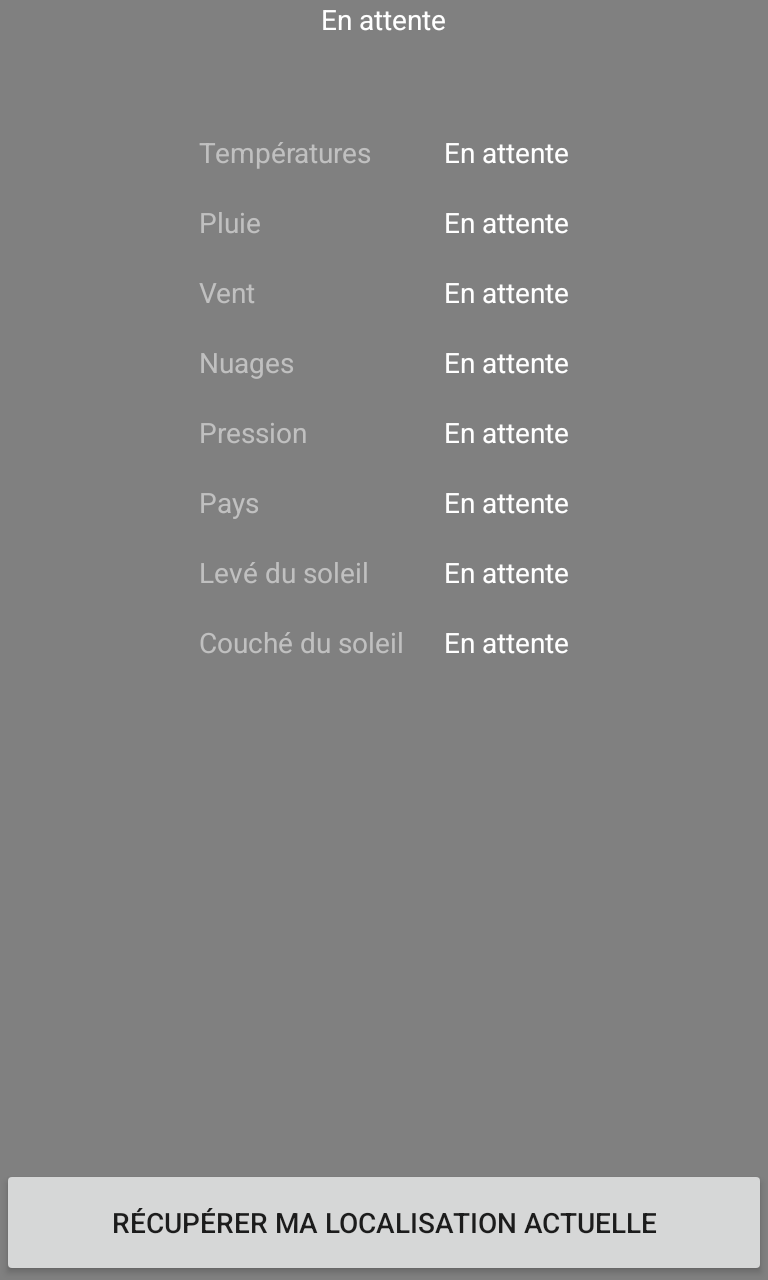
Repository: cpluuuusplus/WhoWantsKitKat
Layout: AppliPlus/res/layout/activity_meteo_principale.xml
The author's editor kept a copy of each file at every save. The layout is drawn from the files as they stood at one save, then again after the next save.
It is drawn on a 768 x 1280 px phone screen (xhdpi) without system bars, with theme Theme.AppCompat.Light; the app's code is not run.

Above is the layout before, as saved 2014-05-12 14:45:14.

### AppliPlus/res/layout/activity_meteo_principale.xml
<?xml version="1.0" encoding="utf-8"?>
<LinearLayout xmlns:android="http://schemas.android.com/apk/res/android"
    android:layout_width="match_parent"
    android:layout_height="match_parent"
    android:background="@color/gray"
    android:orientation="vertical" >

    <!-- Afficher les  informations météo -->


    <!-- <LinearLayout -->
    <!-- android:layout_width="match_parent" -->
    <!-- android:layout_height="wrap_content" -->
    <!-- android:layout_margin="5dp" -->
    <!-- android:layout_weight="0.30" -->
    <!-- android:background="@color/black_color" -->
    <!-- android:orientation="vertical" -->
    <!-- android:paddingBottom="5dp" -->
    <!-- android:paddingLeft="5dp" -->
    <!-- android:paddingRight="5dp" -->
    <!-- android:paddingTop="5dp" > -->


    <!-- Titre et ville -->

    <TextView
        android:id="@+id/afficher_localite_meteo"
        android:layout_width="wrap_content"
        android:layout_height="fill_parent"
        android:layout_gravity="center_horizontal"
        android:layout_weight="1"
        android:text="@string/to_be_defined"
        android:textColor="@color/white" />

    <!-- Info météo : temperature, pluie, vent, nuages -->

    <TableLayout
        android:layout_width="match_parent"
        android:layout_height="fill_parent"
        android:layout_gravity="fill_vertical"
        android:layout_weight="0.2" >

        <!-- température -->

        <TableRow
            android:id="@+id/row_meteo_temperature"
            android:layout_width="match_parent"
            android:layout_height="wrap_content"
            android:gravity="center_horizontal"
            android:padding="8dp" >

            <TextView
                android:id="@+id/desc_temp"
                android:layout_width="fill_parent"
                android:gravity="left"
                android:text="@string/meteo_tc"
                android:textColor="@color/silver" />

            <TextView
                android:id="@+id/info_temp"
                android:text="@string/to_be_defined"
                android:textColor="@color/white" />
        </TableRow>

        <!-- pluie -->

        <TableRow
            android:id="@+id/row_meteo_pluie"
            android:layout_width="match_parent"
            android:layout_height="wrap_content"
            android:gravity="center_horizontal"
            android:padding="8dp" >

            <TextView
                android:id="@+id/desc_pluie"
                android:layout_width="fill_parent"
                android:gravity="left"
                android:text="@string/meteo_rain"
                android:textColor="@color/silver" />

            <TextView
                android:id="@+id/info_pluie"
                android:layout_width="fill_parent"
                android:text="@string/to_be_defined"
                android:textColor="@color/white" />
        </TableRow>
        <!-- vent -->

        <TableRow
            android:id="@+id/row_meteo_vent"
            android:layout_width="match_parent"
            android:layout_height="wrap_content"
            android:gravity="center_horizontal"
            android:padding="8dp" >

            <TextView
                android:id="@+id/desc_vent"
                android:layout_width="fill_parent"
                android:gravity="left"
                android:text="@string/meteo_wind"
                android:textColor="@color/silver" />

            <TextView
                android:id="@+id/info_vent"
                android:layout_width="fill_parent"
                android:text="@string/to_be_defined"
                android:textColor="@color/white" />
        </TableRow>

        <!-- nuages -->

        <TableRow
            android:id="@+id/row_meteo_nuages"
            android:layout_width="match_parent"
            android:layout_height="wrap_content"
            android:gravity="center_horizontal"
            android:padding="8dp" >

            <TextView
                android:id="@+id/desc_nuages"
                android:layout_width="fill_parent"
                android:gravity="left"
                android:text="@string/meteo_clouds"
                android:textColor="@color/silver" />

            <TextView
                android:id="@+id/info_nuages"
                android:gravity="left"
                android:text="@string/to_be_defined"
                android:textColor="@color/white" />
        </TableRow>

        <!-- pression -->

        <TableRow
            android:id="@+id/row_pressure"
            android:layout_width="match_parent"
            android:layout_height="wrap_content"
            android:gravity="center_horizontal"
            android:padding="8dp" >

            <TextView
                android:id="@+id/desc_pressure"
                android:layout_width="fill_parent"
                android:gravity="left"
                android:text="@string/desc_pressure"
                android:textColor="@color/silver" />

            <TextView
                android:id="@+id/info_pressure"
                android:layout_width="fill_parent"
                android:gravity="left"
                android:text="@string/to_be_defined"
                android:textColor="@color/white" />
        </TableRow>

        <!-- pays -->

        <TableRow
            android:id="@+id/row_country"
            android:layout_width="match_parent"
            android:layout_height="wrap_content"
            android:gravity="center_horizontal"
            android:padding="8dp" >

            <TextView
                android:id="@+id/desc_country"
                android:gravity="left"
                android:text="@string/desc_country"
                android:textColor="@color/silver" />

            <TextView
                android:id="@+id/info_country"
                android:layout_width="fill_parent"
                android:gravity="left"
                android:text="@string/to_be_defined"
                android:textColor="@color/white" />
        </TableRow>

        <!-- sunrise -->

        <TableRow
            android:id="@+id/row_sunrise"
            android:layout_width="match_parent"
            android:layout_height="wrap_content"
            android:gravity="center_horizontal"
            android:padding="8dp" >

            <TextView
                android:id="@+id/desc_sunrise"
                android:layout_width="fill_parent"
                android:gravity="left"
                android:text="@string/desc_sunrise"
                android:textColor="@color/silver" />

            <TextView
                android:id="@+id/info_sunrise"
                android:layout_width="fill_parent"
                android:gravity="left"
                android:text="@string/to_be_defined"
                android:textColor="@color/white" />
        </TableRow>

        <!-- sunset -->

        <TableRow
            android:id="@+id/row_sunset"
            android:layout_width="match_parent"
            android:layout_height="wrap_content"
            android:gravity="center_horizontal"
            android:padding="8dp" >

            <TextView
                android:id="@+id/desc_sunset"
                android:layout_width="fill_parent"
                android:layout_marginRight="20dp"
                android:gravity="left"
                android:text="@string/desc_sunset"
                android:textColor="@color/silver" />

            <TextView
                android:id="@+id/info_sunset"
                android:layout_width="fill_parent"
                android:gravity="left"
                android:text="@string/to_be_defined"
                android:textColor="@color/white" />
        </TableRow>
    </TableLayout>
    <!-- </LinearLayout> -->


    <!-- Acceder à une localisation -->

    <Button
        android:id="@+id/meteo_recuperer_localite"
        android:layout_width="match_parent"
        android:layout_height="fill_parent"
        android:layout_weight="1"
        android:onClick="recupererLocalisationAppareil"
        android:text="@string/get_localite" />

    <!-- <LinearLayout -->
    <!-- android:layout_width="wrap_content" -->
    <!-- android:layout_height="wrap_content" -->
    <!-- android:layout_margin="5dp" -->
    <!-- android:background="@color/black_color" -->
    <!-- android:orientation="horizontal" -->
    <!-- android:paddingBottom="5dp" -->
    <!-- android:paddingLeft="5dp" -->
    <!-- android:paddingRight="5dp" -->
    <!-- android:paddingTop="5dp" > -->


    <!-- <LinearLayout -->
    <!-- android:layout_width="wrap_content" -->
    <!-- android:layout_height="wrap_content" -->
    <!-- android:layout_margin="5dp" -->
    <!-- android:background="@color/black_color" -->
    <!-- android:orientation="vertical" -->
    <!-- android:paddingBottom="5dp" -->
    <!-- android:paddingLeft="5dp" -->
    <!-- android:paddingRight="5dp" -->
    <!-- android:paddingTop="5dp" > -->


    <!-- <TextView -->
    <!-- android:layout_width="wrap_content" -->
    <!-- android:layout_height="wrap_content" -->
    <!-- android:text="@string/desc_saisie_localite" -->
    <!-- android:textColor="@color/white" /> -->


    <!-- <EditText -->
    <!-- android:id="@+id/meteo_saisie_localite" -->
    <!-- android:layout_width="wrap_content" -->
    <!-- android:inputType="textCapWords" -->
    <!-- android:layout_height="wrap_content" -->
    <!-- android:hint="@string/saisir_localite" -->
    <!-- android:layout_gravity="center" -->
    <!-- android:textColor="@color/white" /> -->


    <!-- <Button -->
    <!-- android:id="@+id/meteo_valider_localite" -->
    <!-- android:layout_width="match_parent" -->
    <!-- android:layout_height="wrap_content" -->
    <!-- android:onClick="validerChoixLocalisationSaisi" -->
    <!-- android:text="@string/valider_localite" /> -->
    <!-- </LinearLayout> -->


    <!-- <Button -->
    <!-- android:id="@+id/meteo_recuperer_localite" -->
    <!-- android:layout_width="match_parent" -->
    <!-- android:layout_height="wrap_content" -->
    <!-- android:onClick="recupererLocalisationAppareil" -->
    <!-- android:text="@string/get_localite" /> -->
    <!-- </LinearLayout> -->

</LinearLayout>

### AppliPlus/res/values/colors.xml
<?xml version="1.0" encoding="utf-8"?>
<resources>

    <color name="black_color">#000</color>
    <color name="white">#FFFFFF</color>
    <color name="yellow">#FFFF00</color>
    <color name="fuchsia">#FF00FF</color>
    <color name="red">#FF0000</color>
    <color name="silver">#C0C0C0</color>
    <color name="gray">#808080</color>
    <color name="olive">#808000</color>
    <color name="purple">#800080</color>
    <color name="maroon">#800000</color>
    <color name="aqua">#00FFFF</color>
    <color name="lime">#00FF00</color>
    <color name="teal">#008080</color>
    <color name="green">#008000</color>
    <color name="blue">#0000FF</color>
    <color name="navy">#000080</color>

</resources>

### AppliPlus/res/values/strings.xml
<?xml version="1.0" encoding="utf-8"?>
<resources>

    <string name="app_name">Qui veut manger un KitKat ?</string>
    <string name="hello_world">Hello world!</string>
    <string name="nb_cours">%1$d cours viennent d\'être mis à jours</string>
    <string name="direct">Accès direct à pamplemousse viewer</string>
    <string name="refresh">Refresh</string>
    <string name="action_search">search</string>
    <string name="find_city">Rechercher une ville</string>

    <!-- Nom des menus ! -->

    <string name="home">Qui veut un KitKat ?</string>
    <string name="pamp_viewer">Accès à Pamplemousse</string>
    <string name="agenda_null">Première connection ? Renseignez vos identifiants, et synchroniser</string>
    <string name="url_error">Impossible de se connecter au serveur, veuillez vérifier vos identifiants et votre connection à internet</string>
    <string name="menu_pampl">Accès à Pamplemousse</string>
    <string name="connection">Accès à Pamplemousse</string>
    <string name="remote">Accès à Pamplemousse en ligne</string>
    <string name="pampl_desc">Emploi du temps, mails,...</string>
    <string name="geo">Accés au service de Géolocalisation</string>
    <string name="geo_desc">Géolocalisation</string>
    <string name="meteo">Accés au service Météo</string>
    <string name="meteo_desc">À</string>
    <string name="meteo_tc">Températures</string>
    <string name="meteo_wind">Vent</string>
    <string name="meteo_rain">Pluie</string>
    <string name="meteo_clouds">Nuages</string>
    <string name="valider_localite">Valider</string>
    <string name="desc_country">Pays</string>
    <string name="desc_sunrise">Levé du soleil</string>
    <string name="desc_sunset">Couché du soleil</string>
    <string name="desc_pressure">Pression</string>


    <!-- Cas non défini -->

    <string name="to_be_defined">En attente</string>

    <!-- Test login -->

    <string name="menu_settings">Settings</string>
    <string name="title_activity_main">MainActivity</string>
    <string name="image_content_description">Un Android avec un chien</string>
    <string name="login">S\'identifier</string>
    <string name="email">Id utilisateur</string>
    <string name="password">Mot de passe</string>
    <string name="connect">Se connecter</string>
    <string name="get_localite">Récupérer ma localisation actuelle</string>
    <string name="saisir_localite">Saisir une ville ici</string>
    <string name="desc_saisie_localite">Vous pouvez saisir une localité</string>
    <string name="temp">Ce champ doit etre rempli</string>
    <string name="geoloc_osm">Géolocationsation par OSM/OCM</string>

</resources>

After the next save:
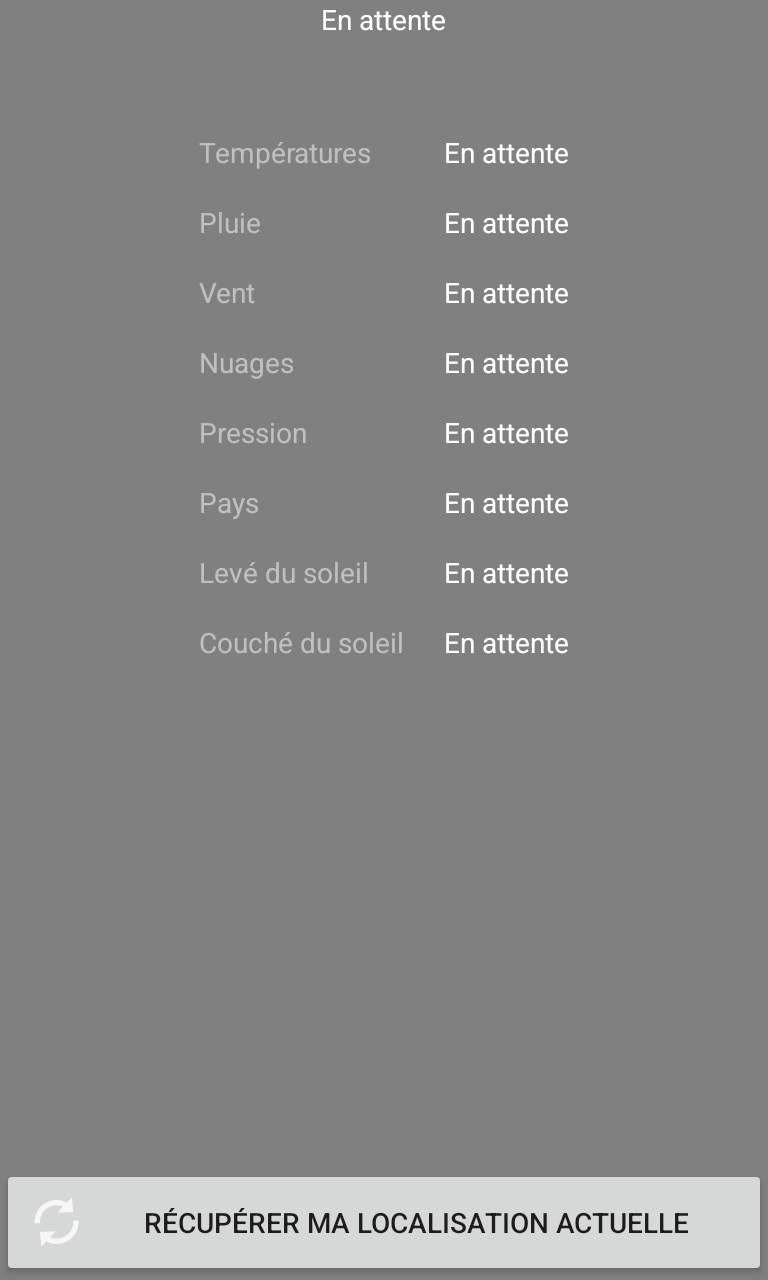
Saved 99 s later.
--- a/AppliPlus/res/layout/activity_meteo_principale.xml
+++ b/AppliPlus/res/layout/activity_meteo_principale.xml
@@ -235,6 +235,7 @@
         android:id="@+id/meteo_recuperer_localite"
         android:layout_width="match_parent"
         android:layout_height="fill_parent"
+        android:drawableLeft="@drawable/ic_action_refresh"
         android:layout_weight="1"
         android:onClick="recupererLocalisationAppareil"
         android:text="@string/get_localite" />
